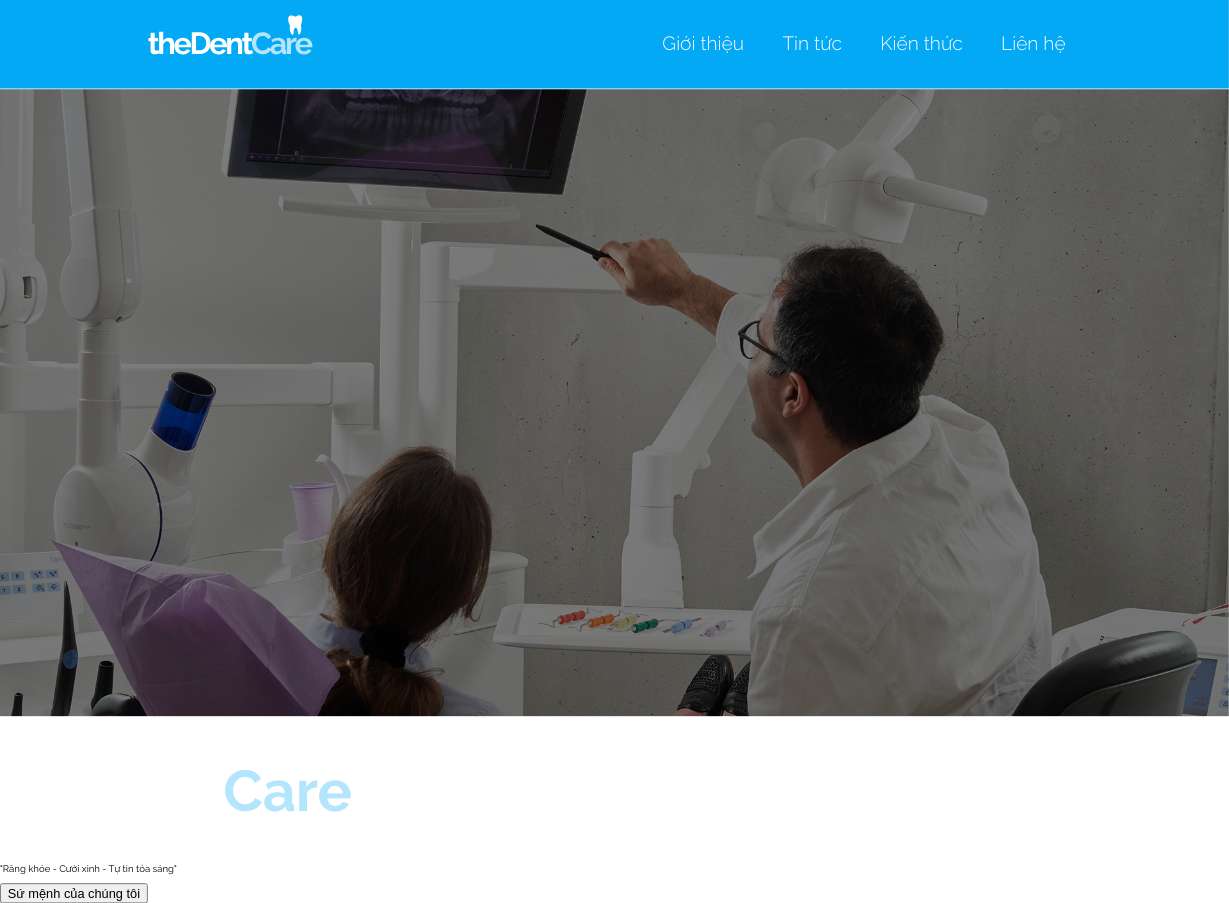
Repository: vantoan19/theDentCare
Page: / (app in theDentalCare/the-dental-care/)
The author's editor kept a copy of each file at every save. The page is drawn from the files as they stood at one save, then again after the next save.
The browser window is 1280 px wide. The pictures show the whole page, at 96% of full size.
The project was rebuilt for these pictures with package versions that can differ from the ones it lists, and the page was loaded fresh each time. The framework's server and built-in components were replaced by stand-ins that run in the browser.

Above is the page before, as saved 2022-09-22 02:02:22.

### theDentalCare/the-dental-care/pages/_app.js
import { createGlobalStyle } from "styled-components";

const GlobalStyle = createGlobalStyle`
    html,
    body {
        padding: 0;
        margin: 0;
        font-family: Raleway;
        font-size: 10px;
    }

    * {
        box-sizing: border-box;
    }
`;

function MyApp({ Component, pageProps }) {
  return (
    <>
      <GlobalStyle />
      <Component {...pageProps} />
    </>
  );
}

export default MyApp

### theDentalCare/the-dental-care/pages/_document.js
// pages/_document.js

import { Html, Head, Main, NextScript } from 'next/document'

export default function Document() {
  return (
    <Html>
      <Head>
        <link
          href="https://fonts.googleapis.com/css2?family=Raleway:ital,wght@0,100;0,200;0,300;0,400;0,500;0,600;0,700;0,800;0,900;1,100;1,200;1,300;1,400;1,500;1,600;1,700;1,800;1,900&display=swap"
          rel="stylesheet"
        />
      </Head>
      <body>
        <Main />
        <NextScript />
      </body>
    </Html>
  )
}

### theDentalCare/the-dental-care/pages/index.js
import styled from "styled-components"
import NavBar from "../components/NavBar/NavBar"
import Button from "../components/UI/Button/Button"

const BackgroundImage = styled.img`
  width: 100%;
`

const BackgroundContainer = styled.div`
  width: 100%;
`

const MainHeader = styled.h1`
  color: #fff;
  font-size: 6rem;
`

const Hightlight = styled.span`
  color: #B3E5FC;
`

const MainDescription = styled.p`

`

const MainContainer = styled.div`

`

const HomeContainer = styled.div`

`

export default function Home() {
    return (
      <div>
        <NavBar/>
        <HomeContainer>
          <BackgroundContainer>
            <BackgroundImage src='/backgroundImage.png' alt='background image'/>
          </BackgroundContainer>
          <MainContainer>
            <MainHeader>theDent<Hightlight>Care</Hightlight></MainHeader>
            <MainDescription>"Răng khỏe - Cười xinh - Tự tin tỏa sáng"</MainDescription>
            <Button>Sứ mệnh của chúng tôi</Button>
          </MainContainer>
        </HomeContainer>
      </div>
    )
}

### theDentalCare/the-dental-care/components/NavBar/NavBar.jsx
import React from 'react'
import styled from 'styled-components'
import Logo from './Logo/Logo'
import NavItem from './NavItem/NavItem'

const LogoContainer = styled.div`
  margin: 0 150px;
`

const NavItemsGroup = styled.div`
  display: flex;
  height: 90px;
  align-items: center;
  margin: 0 150px;
`

const NavContainer = styled.div`
  background-color: #03A9F4;
  display: flex;
  flex-direction: row;
  justify-content: space-between;
  box-shadow: 0px 2px 4px 1px #B3E5FC;
  margin-bottom: 1px;
`

const NavBar = () => {
  return (
    <NavContainer>
      <LogoContainer>
        <Logo/>
      </LogoContainer>
      <NavItemsGroup>
        <NavItem>Giới thiệu</NavItem>
        <NavItem>Tin tức</NavItem>
        <NavItem>Kiến thức</NavItem>
        <NavItem>Liên hệ</NavItem>
      </NavItemsGroup>
    </NavContainer>
  )
}

export default NavBar

### theDentalCare/the-dental-care/components/UI/Button/Button.jsx
import React from 'react'
import styled from 'styled-components'

const StyledButton = styled.button`

`

const Button = (props) => {
  return (
    <StyledButton onClick={props.action}>
        {props.children}
    </StyledButton>
  )
}

export default Button

### theDentalCare/the-dental-care/components/NavBar/Logo/Logo.jsx
import React from 'react'
import styled from 'styled-components'


const StyledLogo = styled.img`
  width: 180px;
`

const Logo = () => {
  return (
    <StyledLogo src='/theDentCare.svg'/>
  )
}

export default Logo

### theDentalCare/the-dental-care/components/NavBar/NavItem/NavItem.jsx
import React from 'react'
import styled from 'styled-components'

const StyledSpan = styled.span`
    cursor: pointer;
    margin: 0px 20px;
    font-size: 2rem;
    font-weight: 300;
    color: #fff;
`

const NavItem = (props) => {
    return (
      <StyledSpan>{props.children}</StyledSpan>
    )
}

export default NavItem

After the next save:
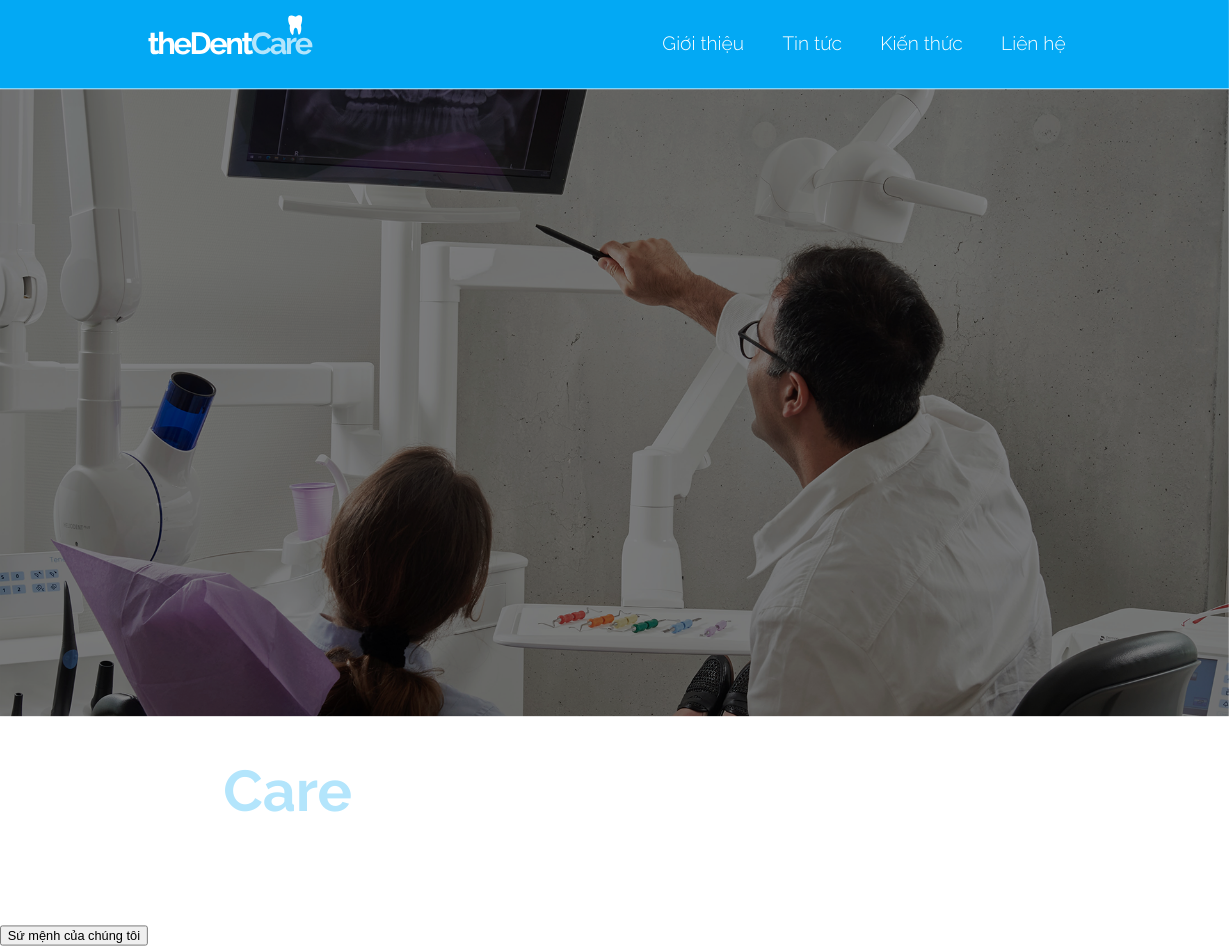
Saved 27 s later.
--- a/theDentalCare/the-dental-care/pages/index.js
+++ b/theDentalCare/the-dental-care/pages/index.js
@@ -20,7 +20,8 @@
 `
 
 const MainDescription = styled.p`
-
+  color: #fff;
+  font-size: 3rem;
 `
 
 const MainContainer = styled.div`
